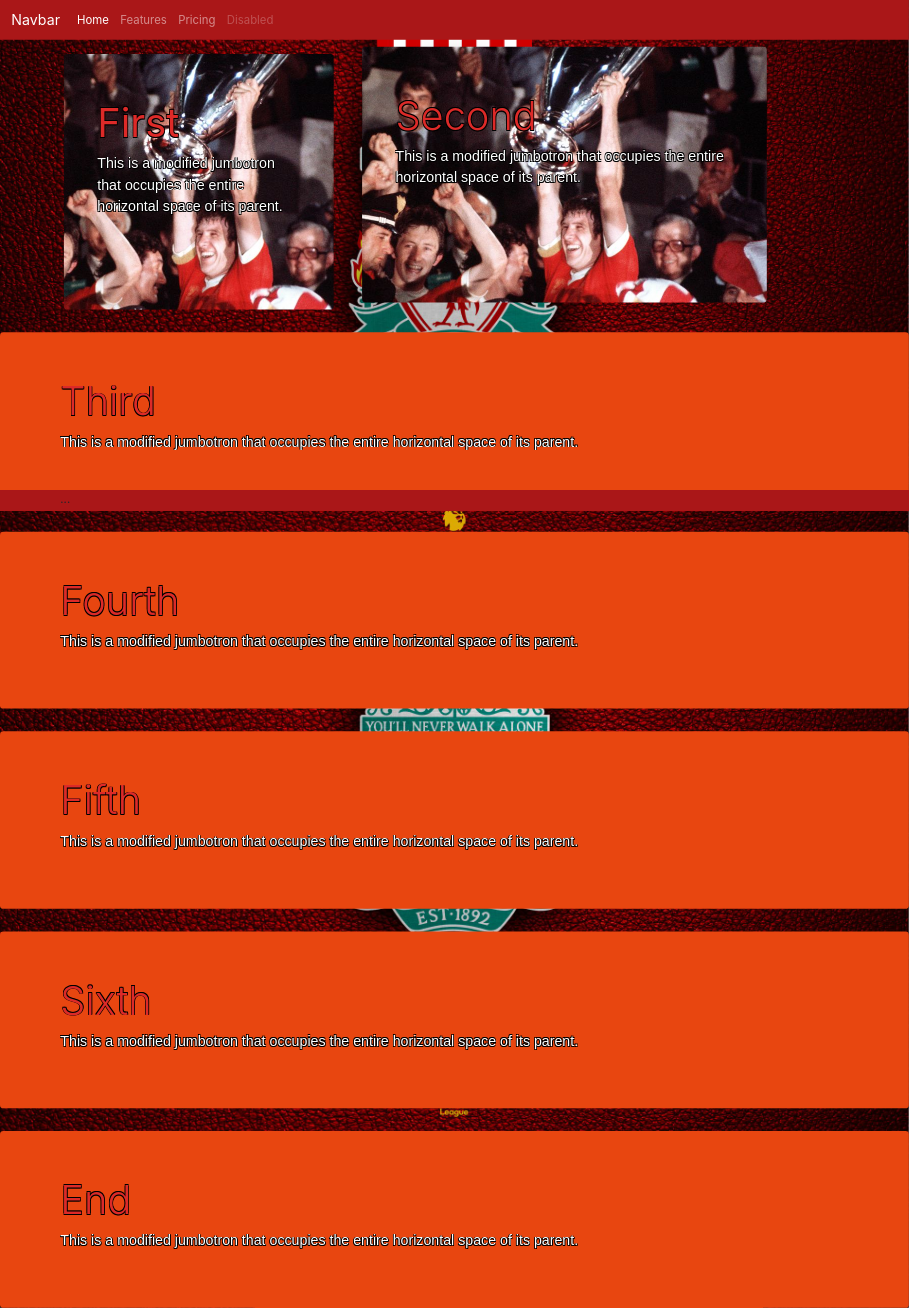
Repository: DalyAD/allez-2
Page: page1.html
The author's editor kept a record of every edit. The page is drawn from the files as they stood at one moment, then again after the next edit.
The browser window is 1280 px wide. The pictures show the whole page, at 71% of full size.
Backgrounds fixed to the window are drawn as part of the page.

Above is the page before.

### page1.html
<!DOCTYPE html>
<html lang="en">

<head>
    <meta charset="UTF-8">
    <meta name="viewport" content="width=device-width, initial-scale=1.0">
    <meta http-equiv="X-UA-Compatible" content="ie=edge">
    <link rel="stylesheet" href="assets/css/style.css" type="text/css" />
    <link rel="stylesheet" href="https://stackpath.bootstrapcdn.com/font-awesome/4.7.0/css/font-awesome.min.css" type="text/css" />
    <link rel="stylesheet" href="https://stackpath.bootstrapcdn.com/bootstrap/4.4.1/css/bootstrap.min.css" type="text/css" />
    <title>Document</title>
</head>

<body>
    <header>
        <nav class="navbar navbar-expand-lg navbar-dark">
            <a class="navbar-brand" href="index.html">Navbar</a>
            <button class="navbar-toggler" type="button" data-toggle="collapse" data-target="#navbarNavAltMarkup" aria-controls="navbarNavAltMarkup" aria-expanded="false" aria-label="Toggle navigation">
                <span class="navbar-toggler-icon"></span>
            </button>
            <div class="collapse navbar-collapse" id="navbarNavAltMarkup">
                <div class="navbar-nav">
                    <a class="nav-item nav-link active" href="#">Home <span class="sr-only">(current)</span></a>
                    <a class="nav-item nav-link" href="#">Features</a>
                    <a class="nav-item nav-link" href="#">Pricing</a>
                    <a class="nav-item nav-link disabled" href="#">Disabled</a>
                </div>
            </div>
        </nav>
    </header>
    <section>
        <div class="container">
            <div class="row">
                <div class="jumbotron first col-sm-12 col-lg-4">
                    <div class="container">
                        <h1 class="display-4"><strong>First</strong></h1>
                        <p class="lead">This is a modified jumbotron that occupies the entire horizontal space of its parent.</p>
                    </div>
                </div>
                <div class="jumbotron second col-sm-12 col-lg-6">
                    <div class="container">
                        <h1 class="display-4">Second</h1>
                        <p class="lead">This is a modified jumbotron that occupies the entire horizontal space of its parent.</p>
                    </div>
                </div>
            </div>
        </div>
        </div>
        <div class="jumbotron third">
            <div class="container">
                <h1 class="display-4">Third</h1>
                <p class="lead">This is a modified jumbotron that occupies the entire horizontal space of its parent.</p>
            </div>
        </div>
        <div class="jumbotron fourth">
            <div class="container">
                <h1 class="display-4">Fourth</h1>
                <p class="lead">This is a modified jumbotron that occupies the entire horizontal space of its parent.</p>
            </div>
        </div>
        <div class="jumbotron fifth">
            <div class="container">
                <h1 class="display-4">Fifth</h1>
                <p class="lead">This is a modified jumbotron that occupies the entire horizontal space of its parent.</p>
            </div>
        </div>
        <div class="jumbotron sixth">
            <div class="container">
                <h1 class="display-4">Sixth</h1>
                <p class="lead">This is a modified jumbotron that occupies the entire horizontal space of its parent.</p>
            </div>
        </div>
        <div class="jumbotron end">
            <div class="container">
                <h1 class="display-4">End</h1>
                <p class="lead">This is a modified jumbotron that occupies the entire horizontal space of its parent.</p>
            </div>
        </div>
    </section>
    <footer class="footer ">
        <div class="container">
            ...
        </div>
    </footer>
    <script src="https://code.jquery.com/jquery-3.4.1.slim.min.js" integrity="sha384-J6qa4849blE2+poT4WnyKhv5vZF5SrPo0iEjwBvKU7imGFAV0wwj1yYfoRSJoZ+n" crossorigin="anonymous"></script>
    <script src="https://cdn.jsdelivr.net/npm/popper.js@1.16.0/dist/umd/popper.min.js" integrity="sha384-Q6E9RHvbIyZFJoft+2mJbHaEWldlvI9IOYy5n3zV9zzTtmI3UksdQRVvoxMfooAo" crossorigin="anonymous"></script>
    <script src="https://stackpath.bootstrapcdn.com/bootstrap/4.4.1/js/bootstrap.min.js" integrity="sha384-wfSDF2E50Y2D1uUdj0O3uMBJnjuUD4Ih7YwaYd1iqfktj0Uod8GCExl3Og8ifwB6" crossorigin="anonymous"></script>
</body>

</html>

### assets/css/style.css
/*Global*/

.footer {
  position: fixed;
  bottom: 0;
  width: 100%;
  height: 30px;
  background-color: #aa1718;
  z-index: 1;
}

/*page 1 styling*/

.welcome {
  background-color: #e84610 !important;
}

.jumbotron {
  background-color: #e84610 !important;
}

.lead {
  font-family: Arial;
  color: #fff;
  font-size: 20px !important;
  text-shadow: -1px -1px 0 #000,
  1px -1px 0 #000,
  -1px 1px 0 #000,
  1px 1px 0 #000;
}

.jumbotron {}

.navbar {
  background-color: #aa1718;
}

.bg-custom {
  color: #fff !important;
}

.navbar-light a {
  color: #fff !important;
}


.first {
  background-attachment: scroll;
  background-image: url(../images/1977.jpeg);
  background-position: bottom;
  background-size: cover;
  height: 50vh;
  margin-bottom: 0px;
  z-index: 1;
}


.second {
  background-attachment: scroll;
  background-image: url(../images/1977.jpeg);
  background-position: bottom;
  background-size: cover;
  height: 50vh;
  margin-bottom: 0px;
  z-index: 1;
}

body {
  background-attachment: fixed;
  background-image: url(../images/crest2.jpg);
  background-position: center;
  background-repeat: no-repeat;
  background-size: cover;
  height: 100vh;
  width: 100vw;
  margin-bottom: 0px;
  z-index: 1;
}

.display-4 {
  color: #dd2a28;
  text-shadow: -1px -1px 0 #000,
  1px -1px 0 #000,
  -1px 1px 0 #000,
  1px 1px 0 #000;
}

@media (min-width:992px) {
  .first {
    margin: 20px 20px 20px 20px;
    width: 45vw;
  }
}

@media (min-width:992px) {
  .second {
    margin: 20px;
    margin-top: 10px;
    width: 45vw;
  }
}

body {
  padding: 0;
  margin: 0;
}

After the next edit:
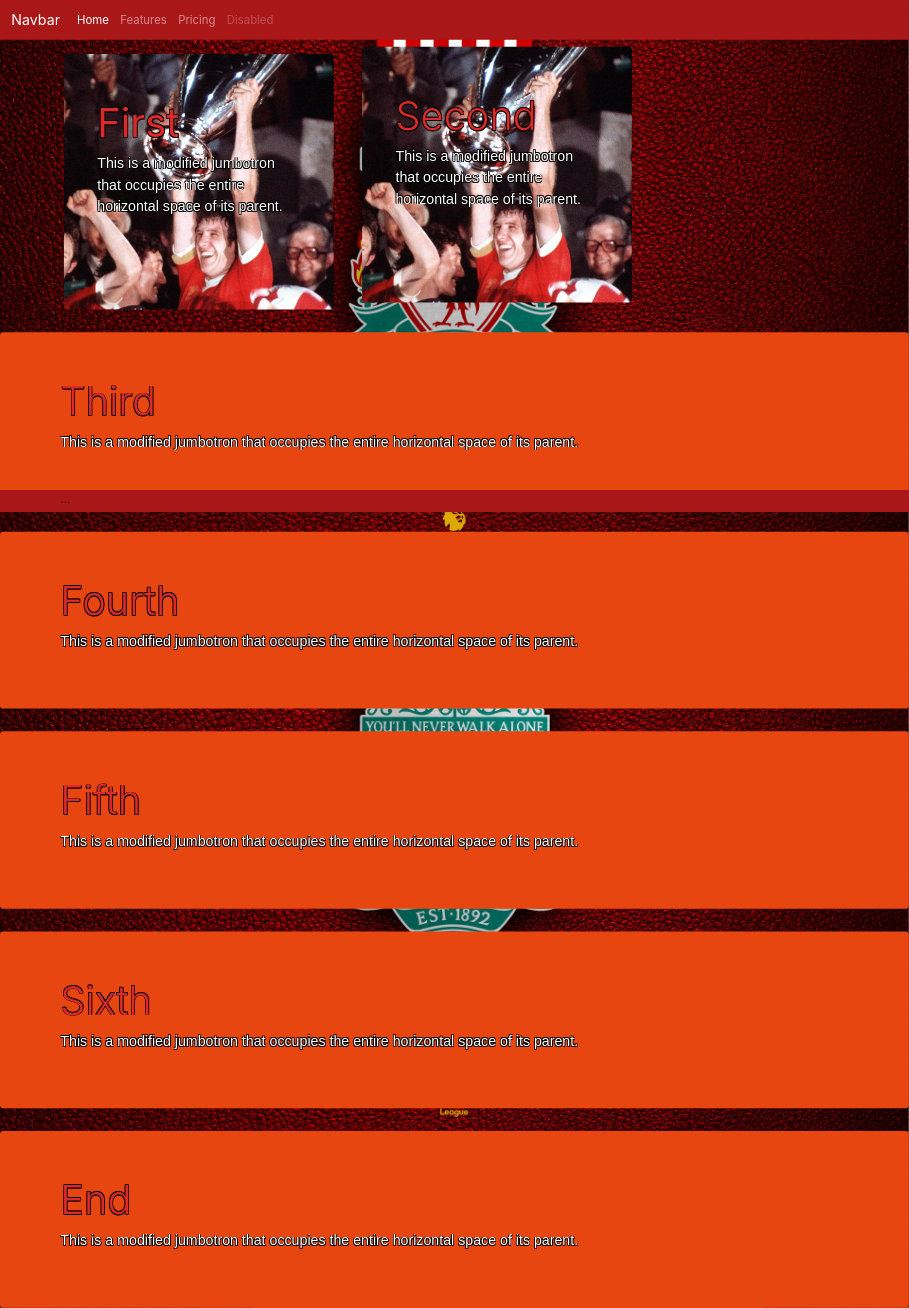
The edit:
--- a/page1.html
+++ b/page1.html
@@ -37,7 +37,7 @@
                         <p class="lead">This is a modified jumbotron that occupies the entire horizontal space of its parent.</p>
                     </div>
                 </div>
-                <div class="jumbotron second col-sm-12 col-lg-6">
+                <div class="jumbotron second col-sm-12 col-lg-4">
                     <div class="container">
                         <h1 class="display-4">Second</h1>
                         <p class="lead">This is a modified jumbotron that occupies the entire horizontal space of its parent.</p>
